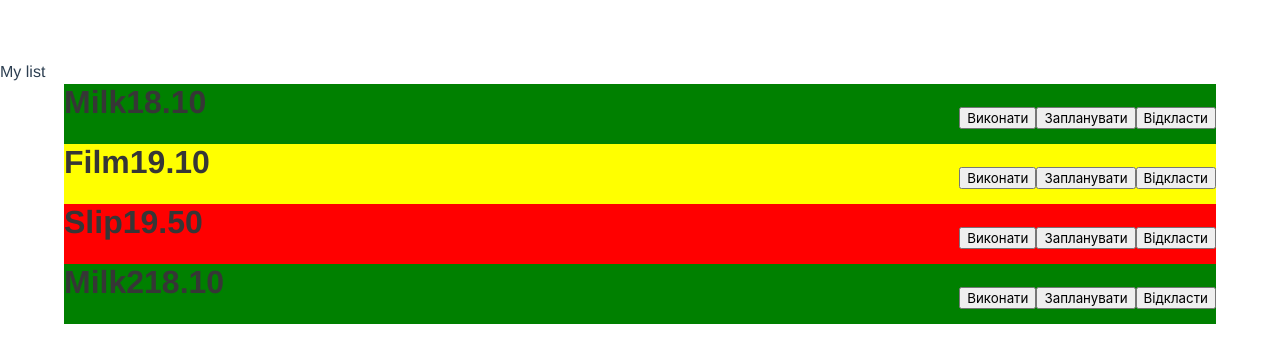
Repository: Olegche/sushi
Page: /
An editor plug-in stored every save of this project. The page is shown before and after the next save, followed by the edit.
The browser window is 1280 px wide. The pictures show the whole page.
The project was rebuilt for these pictures with package versions that can differ from the ones it lists, and the page was loaded fresh each time.

Above is the page before, as saved 2020-10-12 18:18:02.

### public/index.html
<!DOCTYPE html>
<html lang="en">
  <head>
    <meta charset="utf-8">
    <meta http-equiv="X-UA-Compatible" content="IE=edge">
    <meta name="viewport" content="width=device-width,initial-scale=1.0">
    <link rel="icon" href="<%= BASE_URL %>favicon.ico">
    <title>sushi</title>
  </head>
  <body>
    <noscript>
      <strong>We're sorry but <%= htmlWebpackPlugin.options.title %> doesn't work properly without JavaScript enabled. Please enable it to continue.</strong>
    </noscript>
    <div id="app"></div>
    <!-- built files will be auto injected -->
  </body>
</html>

### src/main.js
import Vue from 'vue'
import App from './App.vue'
import Buefy from 'buefy'
import 'buefy/dist/buefy.css'


Vue.use(Buefy)


Vue.config.productionTip = false



new Vue({
  render: h => h(App),
}).$mount('#app')

### src/App.vue
<template>
  <div id="app">
    <todo-list
    title="My list"
    :tasksList="myList"/>
  </div>
</template>

<script>
import TodoList from "./components/TodoList";
export default {
  name: 'App',
  components: {
    TodoList
  },

  data() {
    return {
      myList: [
        {
          id:1,
          task:"Milk",
          time:'18.10',
          status:"NEW"
        },
        {
          id:2,
          task:"Film",
          time:'19.10',
          status:"IN-PROGRES"
        },
        {
          id:3,
          task:"Slip",
          time:'19.50',
          status:"POSTPONED"
        },
        {
          id:4,
          task:"Milk2",
          time:'18.10',
          status:"NEW"
        },
      ]
    }
  },
}
</script>

<style>
#app {
  font-family: Avenir, Helvetica, Arial, sans-serif;
  -webkit-font-smoothing: antialiased;
  -moz-osx-font-smoothing: grayscale;
  /* text-align: center; */
  color: #2c3e50;
  margin-top: 60px;
}
</style>

### src/components/TodoList/index.vue
<template>
    <div>

        <div>{{title}}</div>
        <div>
            <todo-item v-for="taskItem in tasksList" :key="taskItem.id"
                :task="taskItem.task"
                :time="taskItem.time"
                :status='taskItem.status'
             @my-postponed="onPostponed(taskItem.id)"
             @plan="onPlan($event)"
             />
        </div>
    </div>
</template>

<script>
import data from './settings'
import TodoItem from "./TodoItem";
    export default {
        name:"TodoList",

        components: {
            TodoItem,
        },

        props: {
            tasksList: {
                type: Array,
                default: ()=>[]
            },
            title:{
                type:String,
                default:'no title'
            },

        },

        data() {
            return {
                data
            }
        },

        methods: {
            onPlan(id){
                const task=this.tasksList.find(item=>item.id===id)
                task.status='IN-PROGRES'
            },
            onPostponed(id) {
                const task=this.tasksList.find(item=>item.id===id)
                task.status='POSTPONED'
            }
        },
    }
</script>

<style lang="css" scoped>
.img-container{
    width: 100vw;
    height: 100px;
/* display: flex; */
}
.img-1{
    width:100px;
    /* display: flex; */
    float: left;
}
.img-2{
    width:100px;
    /* display: flex; */

    float: right;
}
.img{
    width: 100px;
}
</style>

### src/components/TodoList/settings.js
export default [
  {
    img: "smile.jpg",
  },
];

### src/components/TodoList/TodoItem/index.vue
<template>
    <div :class="`container ${statusClass}`">
        <div class="title">
            <span>{{task}}</span>
            <span>{{time}}</span>
        </div>
        <div class="buttons">
            <button>Виконати</button>
            <button @click="$emit('plan',id)">Запланувати</button>
            <button @click="$emit('my-postponed')">
                Відкласти
            </button>
        </div>
    </div>
</template>

<script>
    export default {
        name:"TodoItem",

        props: {
            id: {
                type: String,
                required:true,
            },
            task: {
                type: String,
                default:'',
            },
            time: {
                type: String,
                default:'',
            },
            status:{
                type: String,
                default:'',
            }
        },

        computed: {
            statusClass() {
                switch (this.status) {
                    case 'NEW': return 'new'

                    case 'IN-PROGRES': return 'in-progres'

                    case 'POSTPONED': return 'postponed'

                    default:
                        return 'new'

                }
            }
        },
    }
</script>

<style lang="css" scoped>
.container{
    display: flex;
    justify-content: space-between;
}
.new{
    background-color: green;
}
.in-progres{
    background-color: yellow;
}
.postponed{
    background-color: red;
}

/* .title{
    float: left;
}
.buttons{
    float:right;
} */
</style>

After the next save:
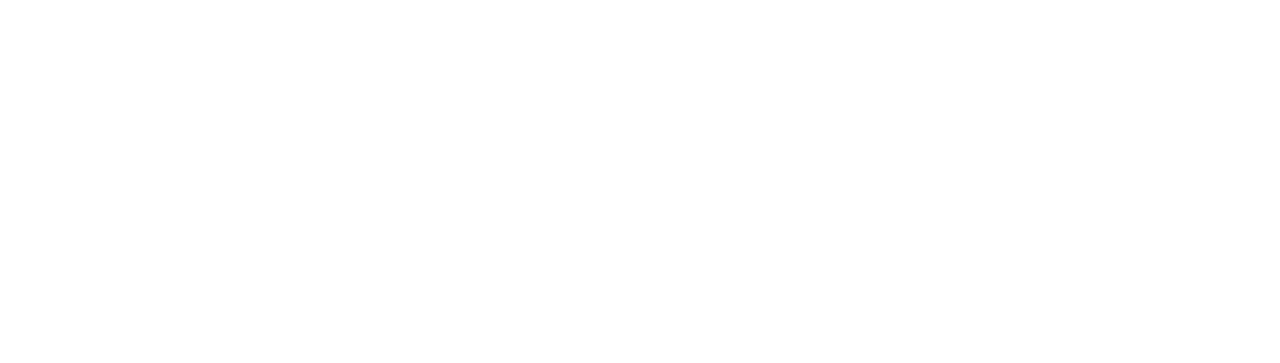
Saved 29 s later.
--- a/src/components/TodoList/index.vue
+++ b/src/components/TodoList/index.vue
@@ -4,6 +4,7 @@
         <div>{{title}}</div>
         <div>
             <todo-item v-for="taskItem in tasksList" :key="taskItem.id"
+                :id="task.id"
                 :task="taskItem.task"
                 :time="taskItem.time"
                 :status='taskItem.status'

After the save that followed:
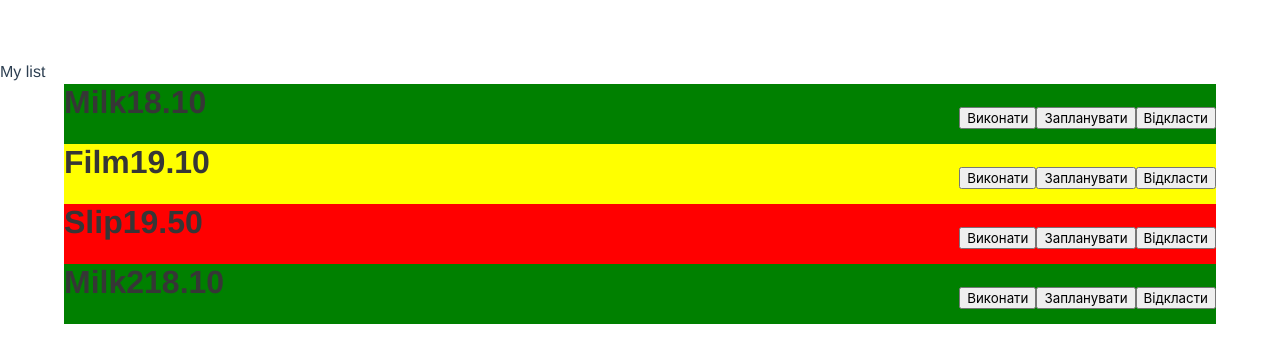
Saved 5 s later.
--- a/src/components/TodoList/index.vue
+++ b/src/components/TodoList/index.vue
@@ -4,7 +4,7 @@
         <div>{{title}}</div>
         <div>
             <todo-item v-for="taskItem in tasksList" :key="taskItem.id"
-                :id="task.id"
+                :id="taskItem.id"
                 :task="taskItem.task"
                 :time="taskItem.time"
                 :status='taskItem.status'
